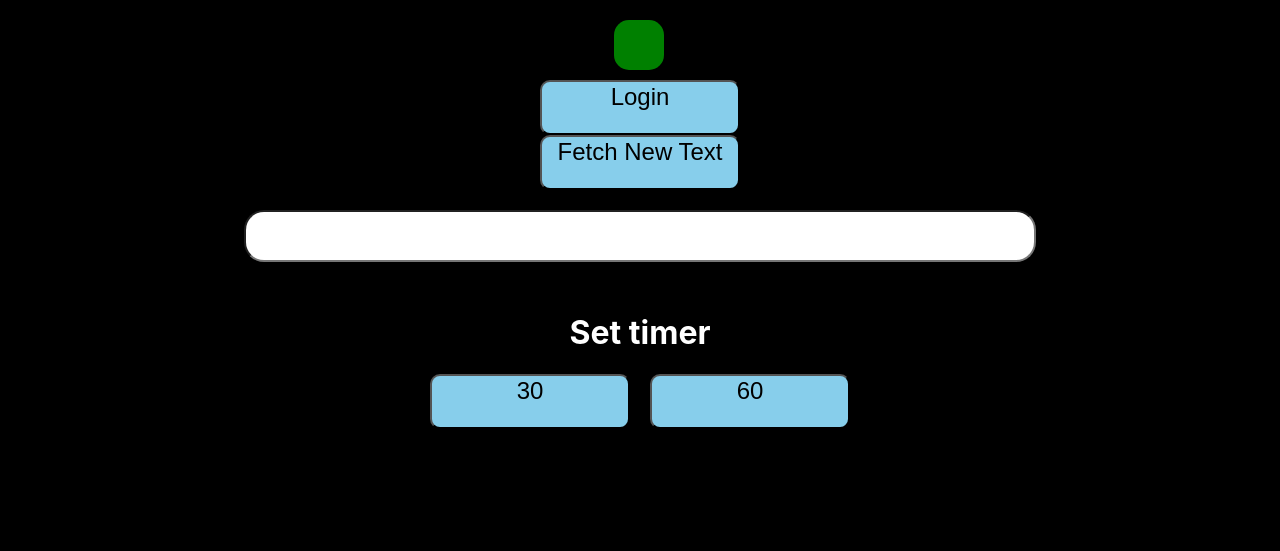
Repository: abhaysharma20233009/swiftKey
Page: / (app in frontend/my-app/)
These files come from the project's save history. The page is drawn as it stood at one moment and after the next save; the edit follows.
The browser window is 1280 px wide. The pictures show the whole page.
The page's requests for data from a server got no answer. The project was rebuilt for these pictures with package versions that can differ from the ones it lists, and the page was loaded fresh each time. No one was signed in, and anything a server would have sent is missing. Also part of the build but not shown: frontend/my-app/src/Results.js, frontend/my-app/src/Login.js.

Above is the page before, as saved 2024-10-10 20:05:55.

After the next save:
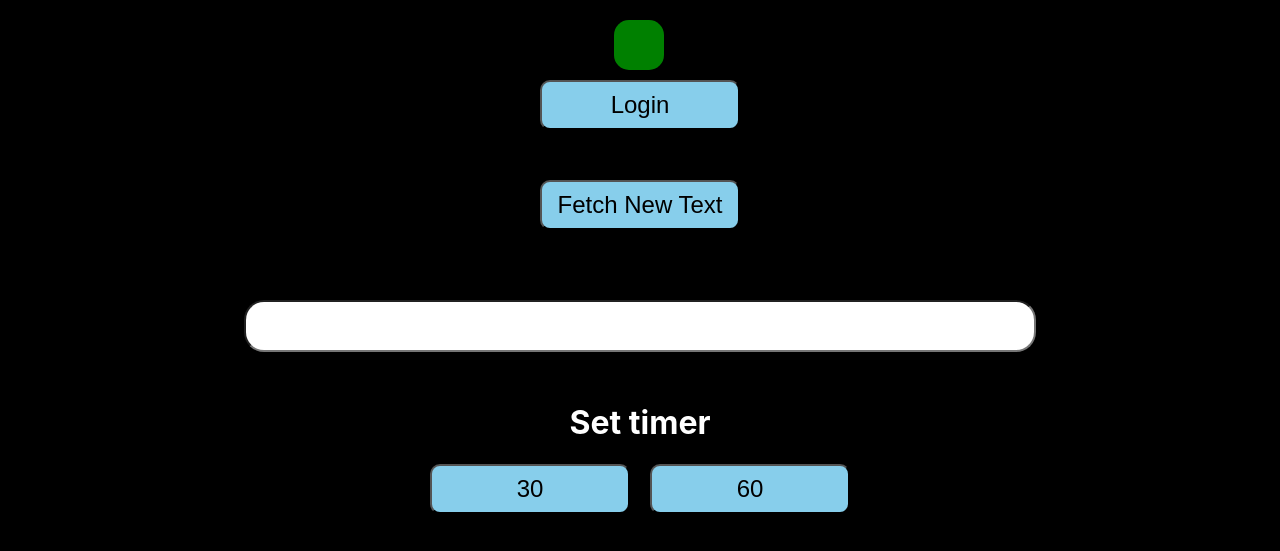
Saved 15 s later.
--- a/frontend/my-app/src/App.css
+++ b/frontend/my-app/src/App.css
@@ -17,7 +17,7 @@ body{
   width:200px;
   justify-self: end;
   font-size: x-large;
-  padding-bottom:50px;
+  margin-bottom:50px;
 }
 
 
